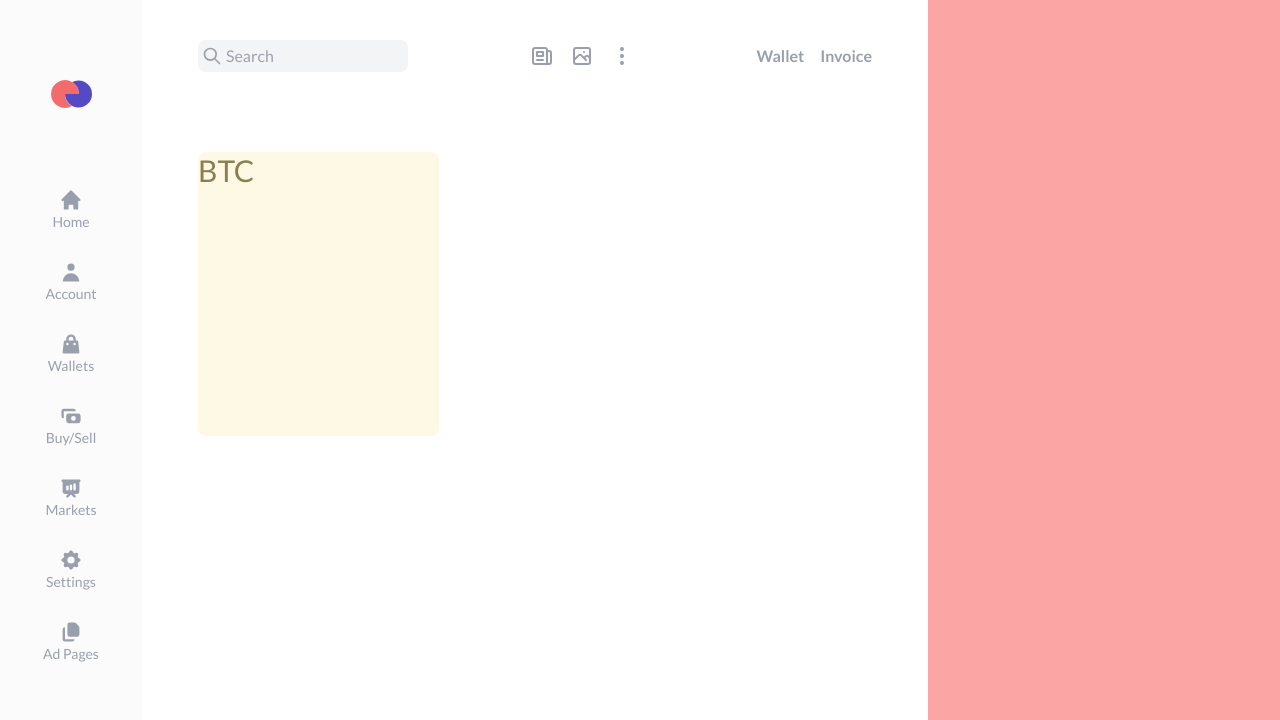
Repository: almaqdad55/crypto-app-nextjs
Page: /
These files come from the project's save history. The page is drawn as it stood at one moment and after the next save; the edit follows.
The browser window is 1280 px wide. The pictures show the whole page.
The project was rebuilt for these pictures with package versions that can differ from the ones it lists, and the page was loaded fresh each time. The framework's server and built-in components were replaced by stand-ins that run in the browser.

Above is the page before, as saved 2022-01-04 20:36:55.

After the next save:
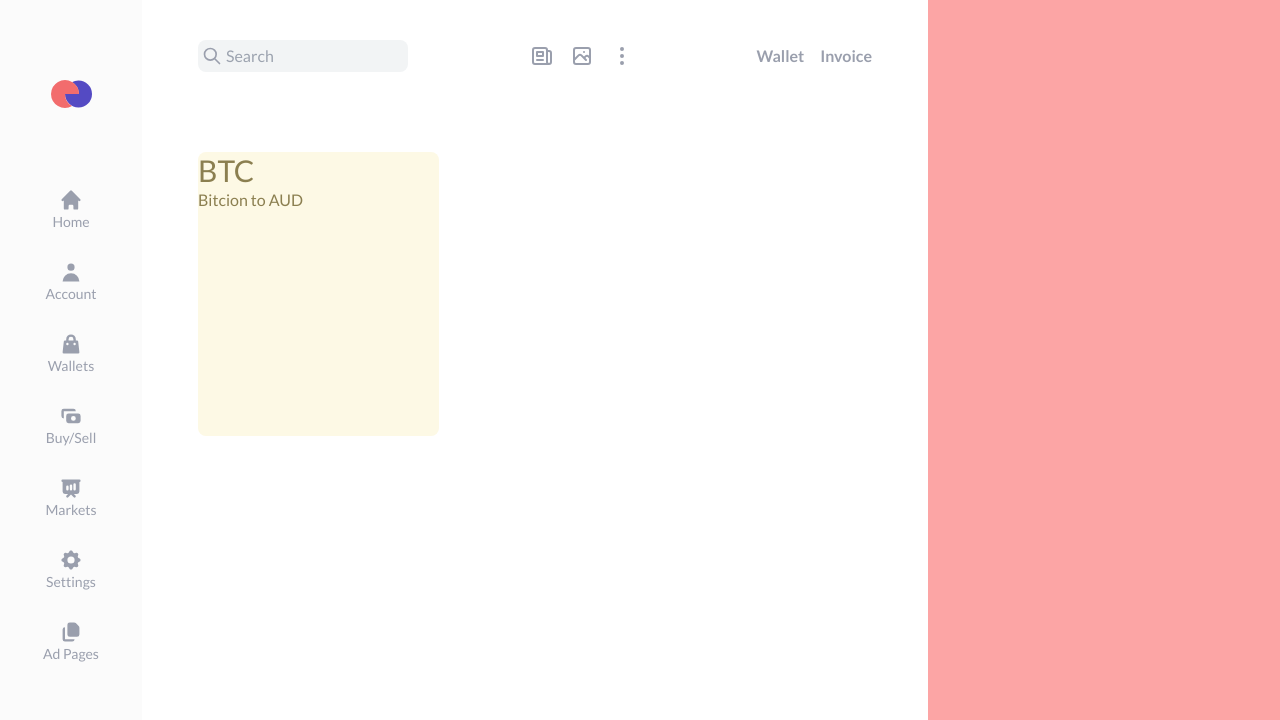
Saved 33 s later.
--- a/components/Card.jsx
+++ b/components/Card.jsx
@@ -2,6 +2,7 @@ const Card = () => {
   return (
     <div className="w-[241px] h-[284px] bg-[#FDF9E5] rounded-lg relative text-[#8B7F50]">
       <h1 className="text-3xl ">BTC</h1>
+      <p>Bitcion to AUD</p>
     </div>
   );
 };
